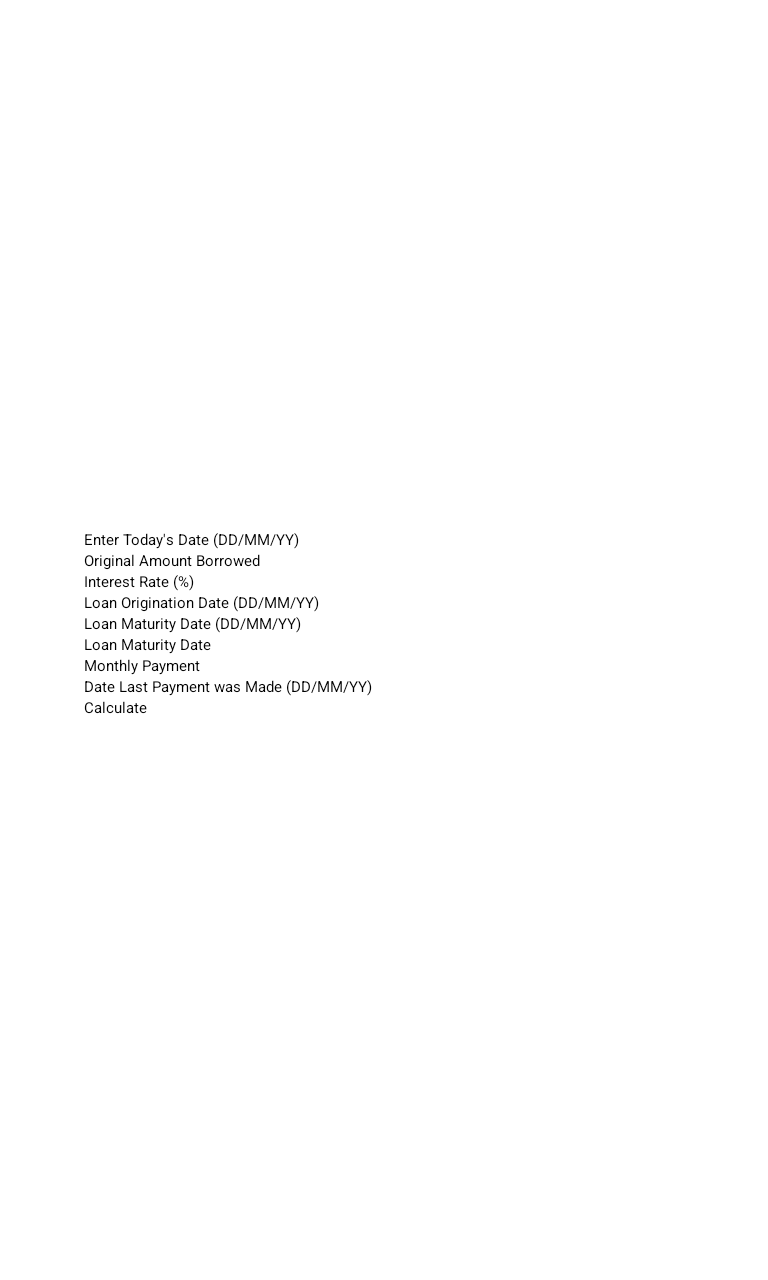
Repository: missxlian/angelHackSac
Layout: workspace/NoteHack/res/layout/fragment_section_launchpad.xml
These files come from the project's save history. The layout is drawn as it stood at one moment and after the next save; the edit follows.
It is drawn on a 768 x 1280 px phone screen (xhdpi) without system bars, with theme AppTheme; the app's code is not run.

Above is the layout before, as saved 2013-12-01 03:26:58.

After the next save:
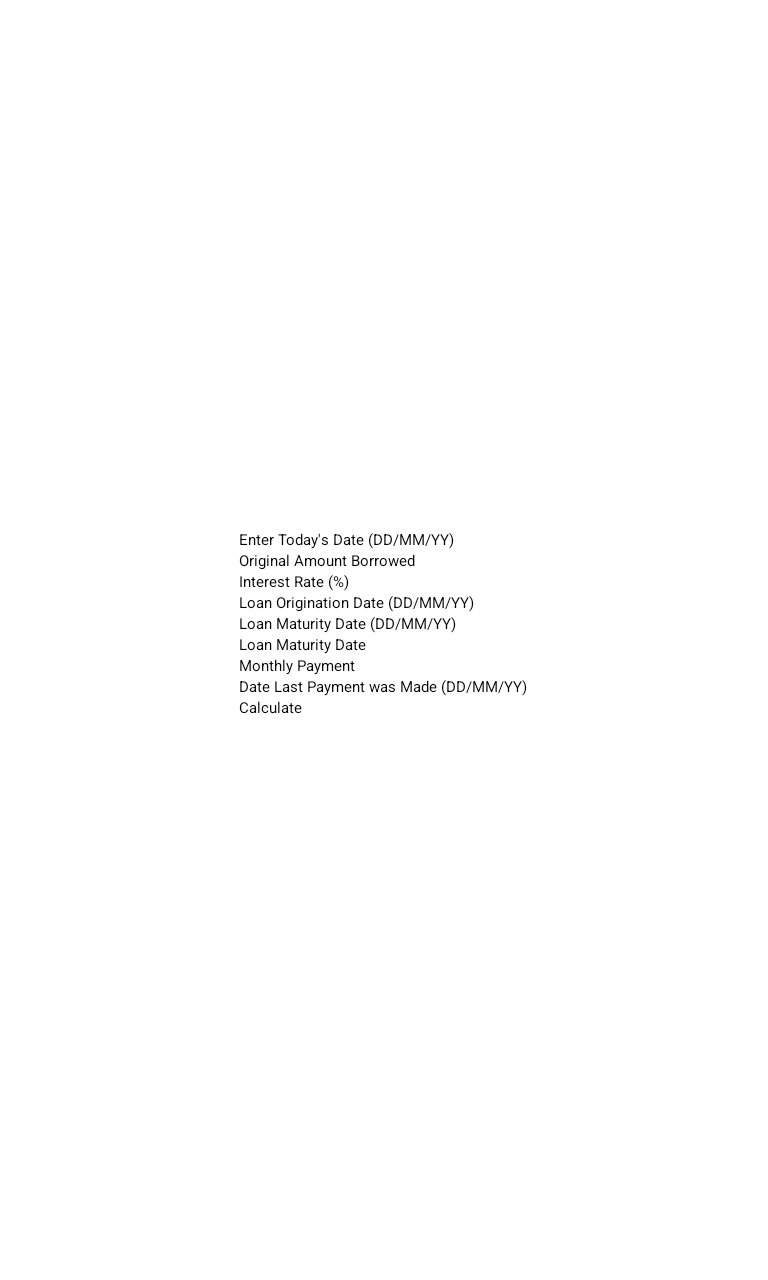
Saved 34 s later.
--- a/workspace/NoteHack/res/layout/fragment_section_launchpad.xml
+++ b/workspace/NoteHack/res/layout/fragment_section_launchpad.xml
@@ -89,7 +89,7 @@
             android:imeOptions="actionSend" />
 
         <Button android:id="@+id/home_worth_button"
-            android:layout_width="300dp"
+            android:layout_width="match_parent"
             android:layout_height="wrap_content"
             android:layout_marginBottom="16dp"
             android:text="@string/homeworth"/>
